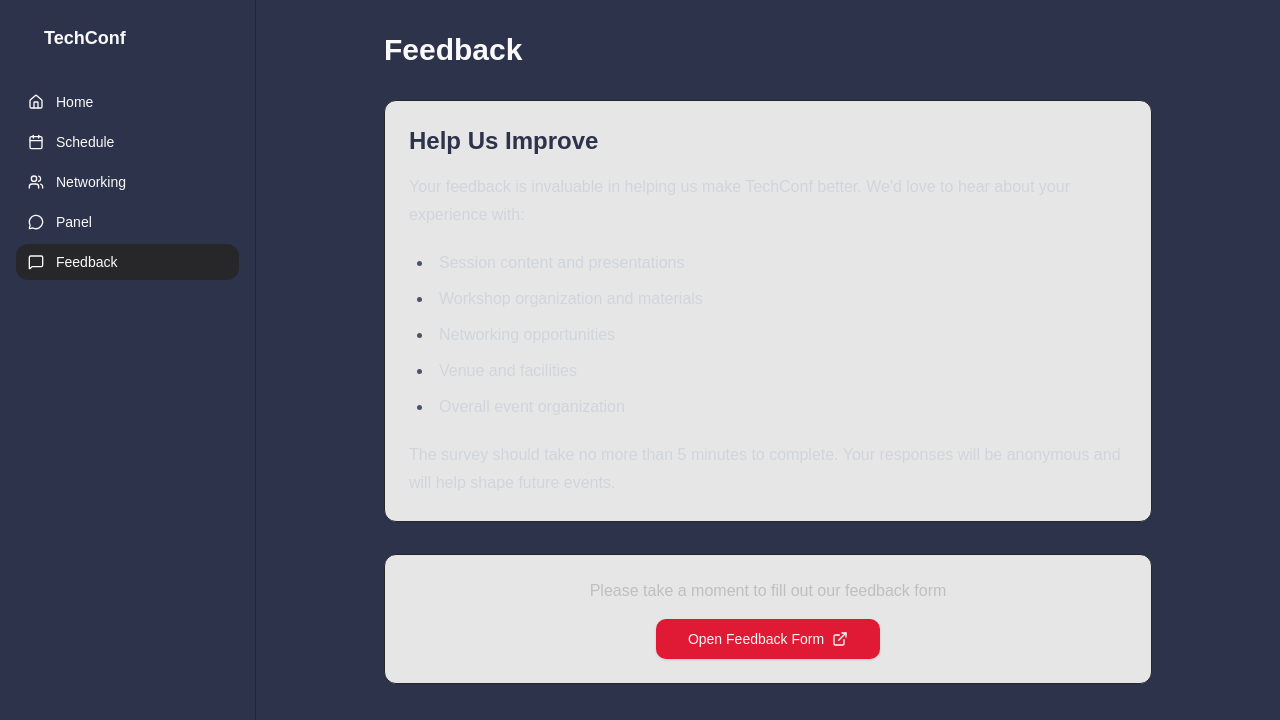
Repository: mrnavdal/symposium-2024
Page: /feedback (app in symposium24/)
An editor plug-in stored every save of this project. The page is shown before and after the next save, followed by the edit.
The browser window is 1280 px wide. The pictures show the whole page.
The project was rebuilt for these pictures with package versions that can differ from the ones it lists, and the page was loaded fresh each time. The framework's server and built-in components were replaced by stand-ins that run in the browser. Also part of the build but not shown: symposium24/next.config.ts, symposium24/src/styles/calendar.css.

Above is the page before, as saved 2024-11-08 15:08:54.

After the next save:
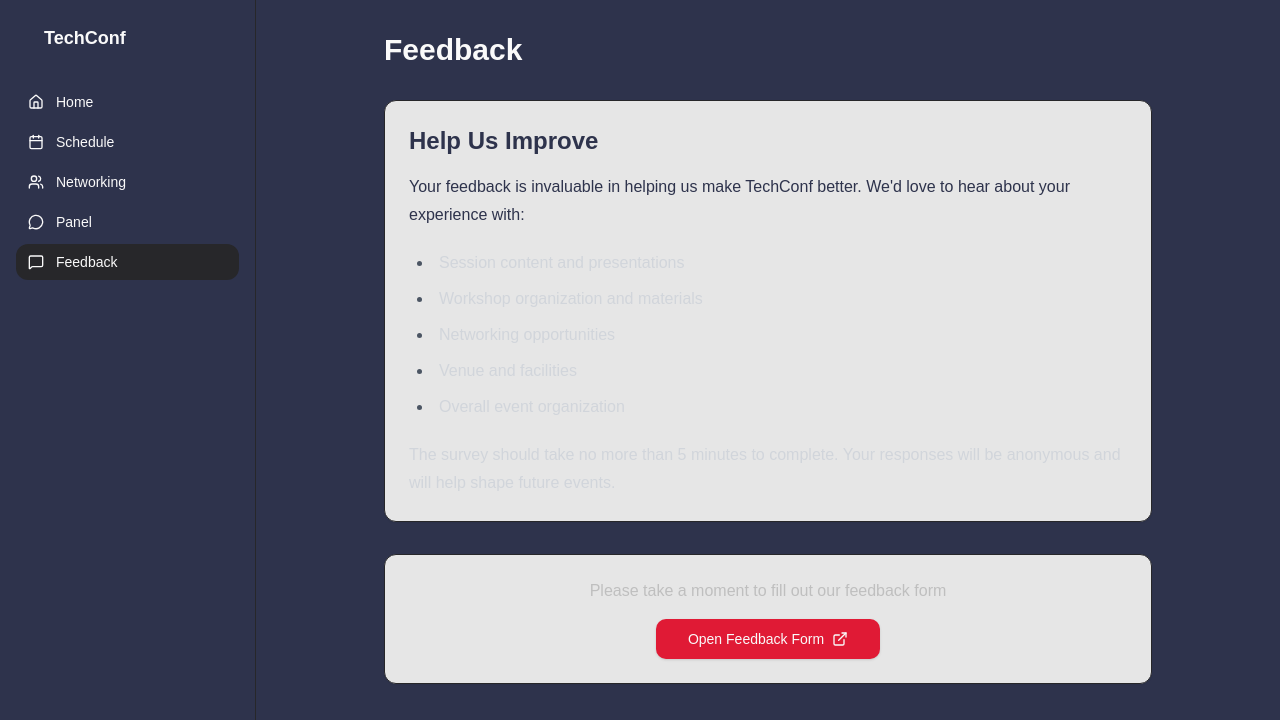
Saved 25 s later.
--- a/symposium24/src/app/feedback/page.tsx
+++ b/symposium24/src/app/feedback/page.tsx
@@ -14,7 +14,7 @@ export default function FeedbackPage() {
             <AnimatedCard delay={0.1}>
               <div className="prose dark:prose-invert max-w-none">
                 <h2 className="text-2xl text-background mb-4">Help Us Improve</h2>
-                <p>
+                <p className="text-background">
                   Your feedback is invaluable in helping us make TechConf better.
                   We'd love to hear about your experience with:
                 </p>
